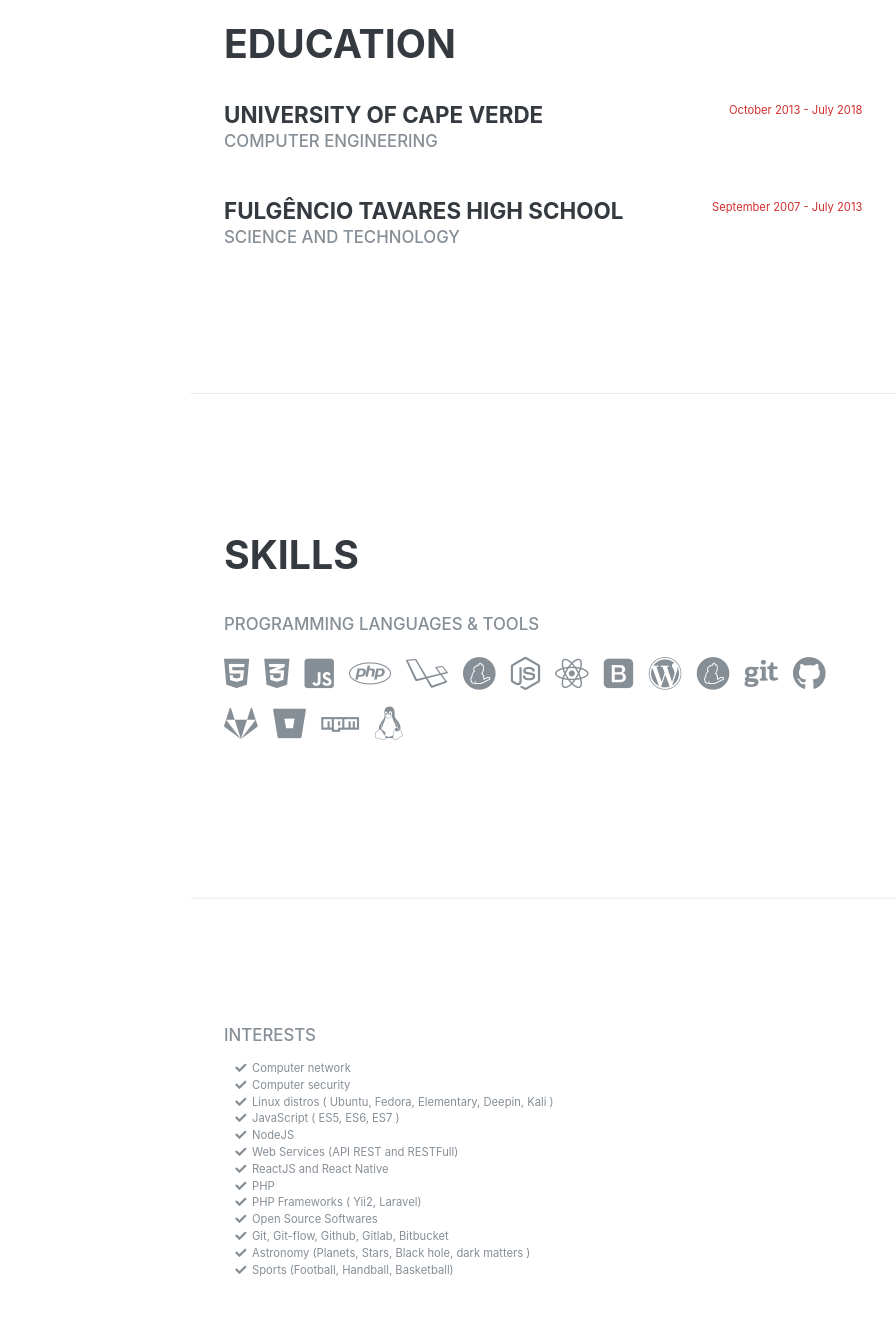
Repository: kcfurtado/kcfurtado.github.io
Page: index.html
An editor plug-in stored every save of this project. The page is shown before and after the next save, followed by the edit.
The browser window is 1280 px wide. The pictures show the part of the page from y = 1839 to 3759 px (the page is 3843 px tall), at 70% of full size.
Some web fonts or font styles are not loaded; a fallback is used.

Above is the page before, as saved 2020-04-04 19:30:41.

After the next save:
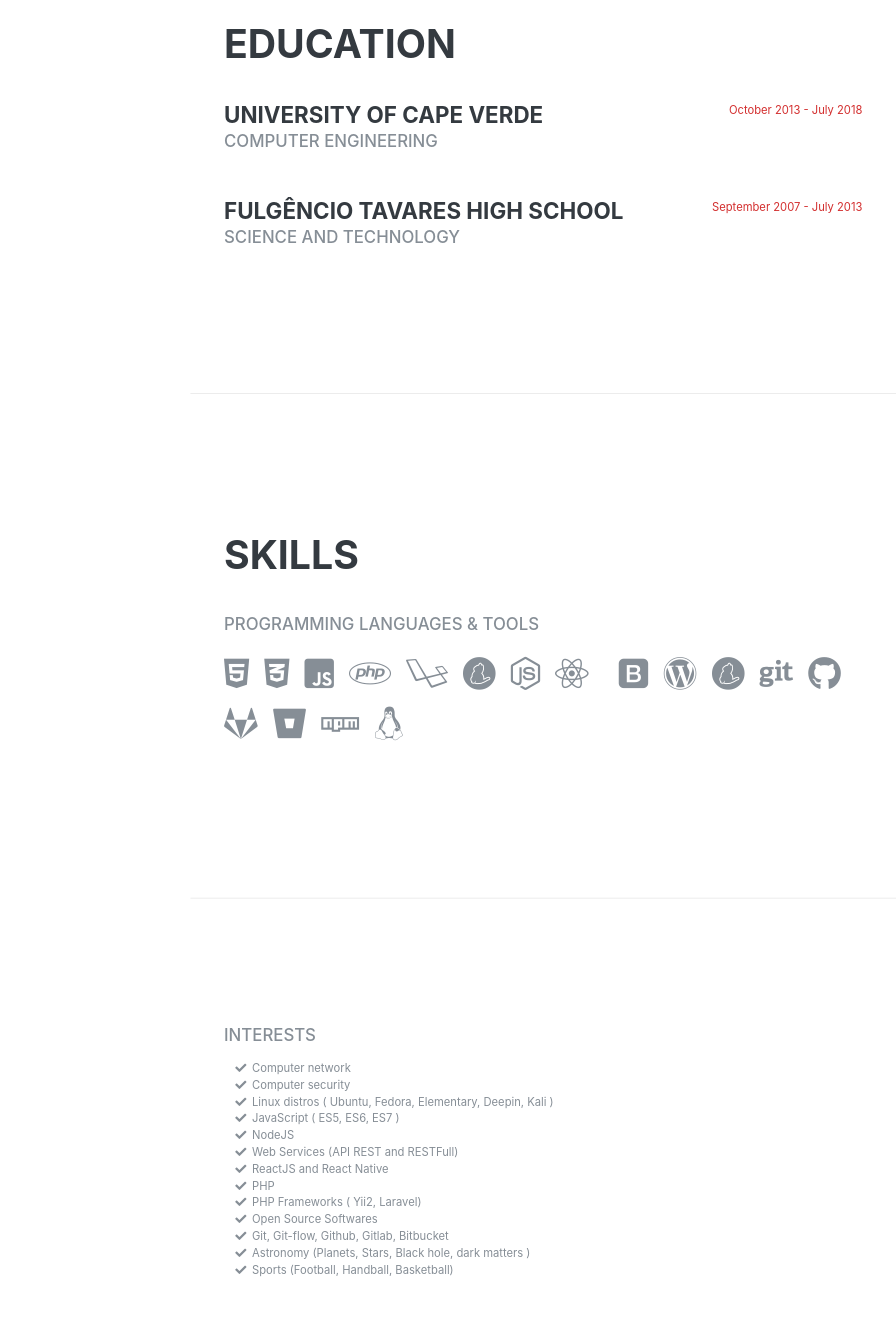
Saved 24 s later.
--- a/index.html
+++ b/index.html
@@ -223,6 +223,9 @@
             <i class="fab fa-react"></i>
           </li>
           <li class="list-inline-item">
+            <i class="fab fa-react-native"></i>
+          </li>
+          <li class="list-inline-item">
             <i class="fab fa-bootstrap"></i>
           </li>
           <li class="list-inline-item">

After the save that followed:
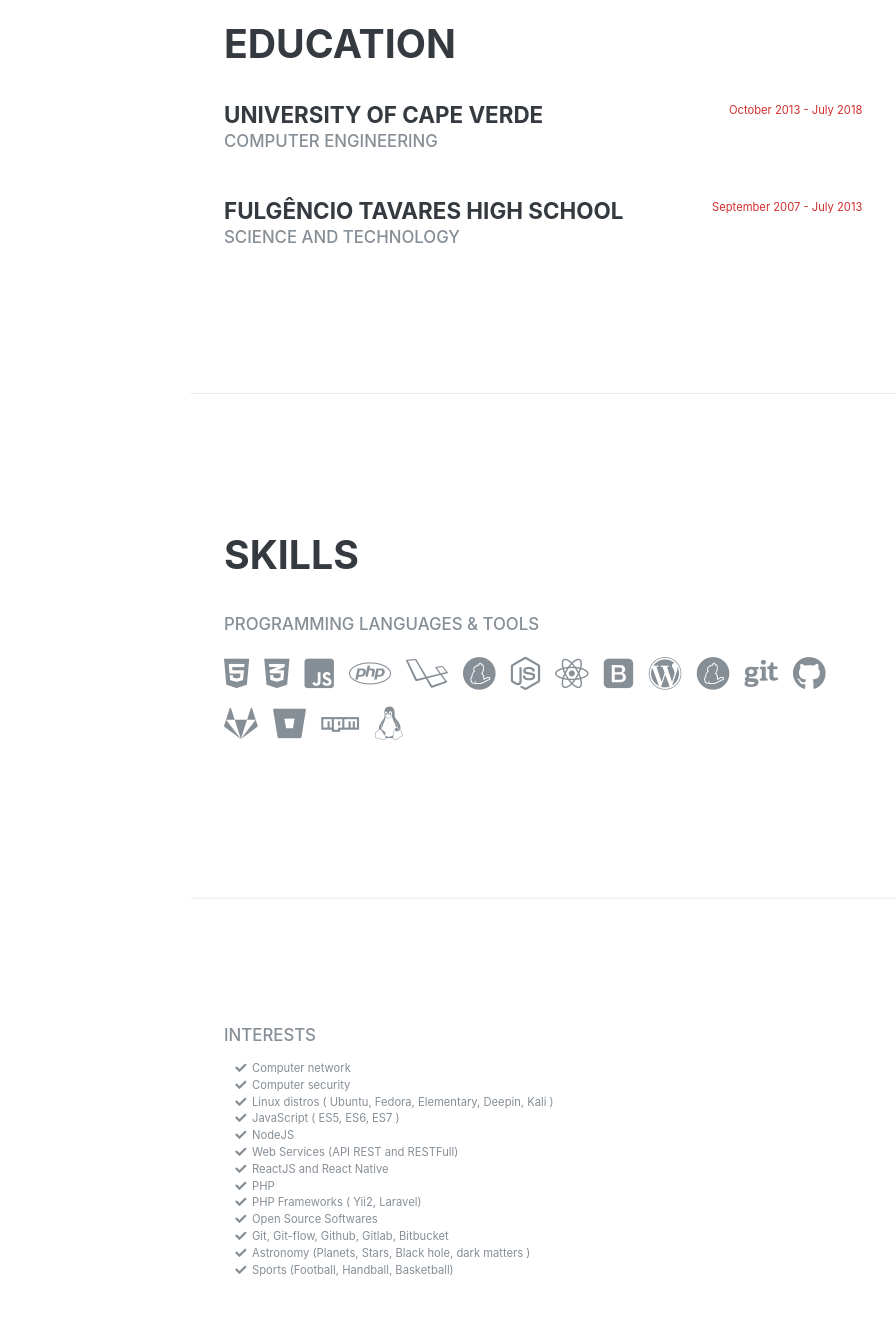
Saved 29 s later.
--- a/index.html
+++ b/index.html
@@ -223,9 +223,6 @@
             <i class="fab fa-react"></i>
           </li>
           <li class="list-inline-item">
-            <i class="fab fa-react-native"></i>
-          </li>
-          <li class="list-inline-item">
             <i class="fab fa-bootstrap"></i>
           </li>
           <li class="list-inline-item">
